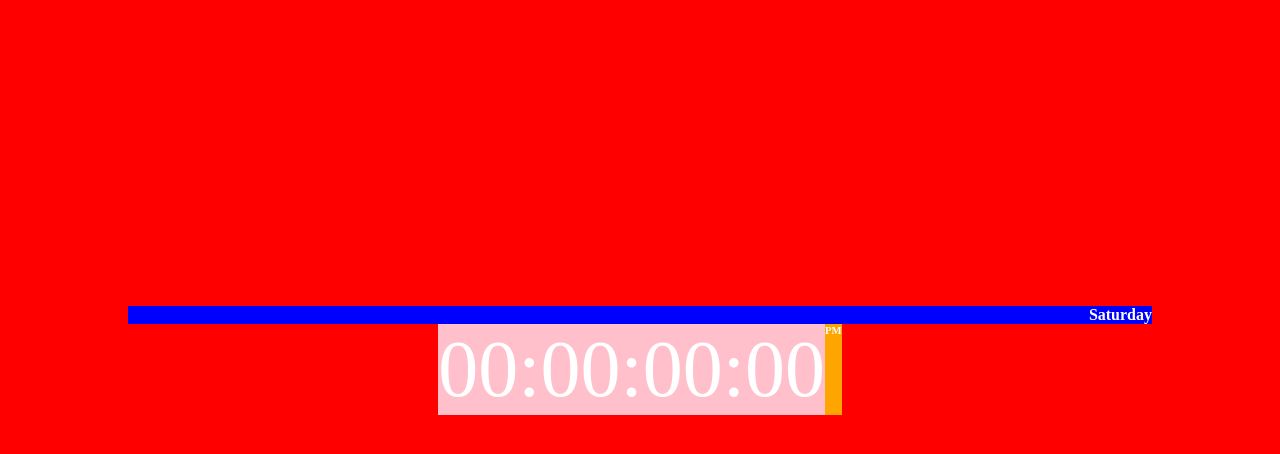
Repository: EguJaredoBoyd/Jared-Digital-Clock
Page: index.html
The author's editor kept a copy of each file at every save. The page is drawn from the files as they stood at one save, then again after the next save.
The browser window is 1280 px wide. The pictures show the whole page.

Above is the page before, as saved 2026-01-03 23:08:54.

### index.html
<!DOCTYPE html>
<html lang="en">
  <head>
    <meta charset="UTF-8" />
    <meta name="viewport" content="width=device-width, initial-scale=1.0" />
    <title>Document</title>
    <link rel="stylesheet" href="./css/styles.css" />
  </head>
  <body>
    <div class="watch-container">
      <div class="watch-container__day">
        <h4>Saturday</h4>
      </div>
      <div class="watch-container__time">
        <p>00:00:00:00</p>
        <h6>PM</h6>
      </div>
    </div>
  </body>
</html>

### css/styles.css
* {
  margin: 0;
  padding: 0;
}

body {
  background-color: black;
  color: white;
}

.watch-container {
  background-color: red;
  display: flex;
  flex-direction: column;
  justify-content: center;
  align-items: center;
  height: 100vh;
  width: 100vw;
}

.watch-container__day {
  background-color: blue;
  width: 80vw;
  display: flex;
  justify-content: end;
}

.watch-container__time {
  background-color: pink;
  display: flex;
}

.watch-container__time p {
  font-size: 5rem;
}

.watch-container__time h6 {
  background-color: orange;
  justify-self: last baseline;
}

After the next save:
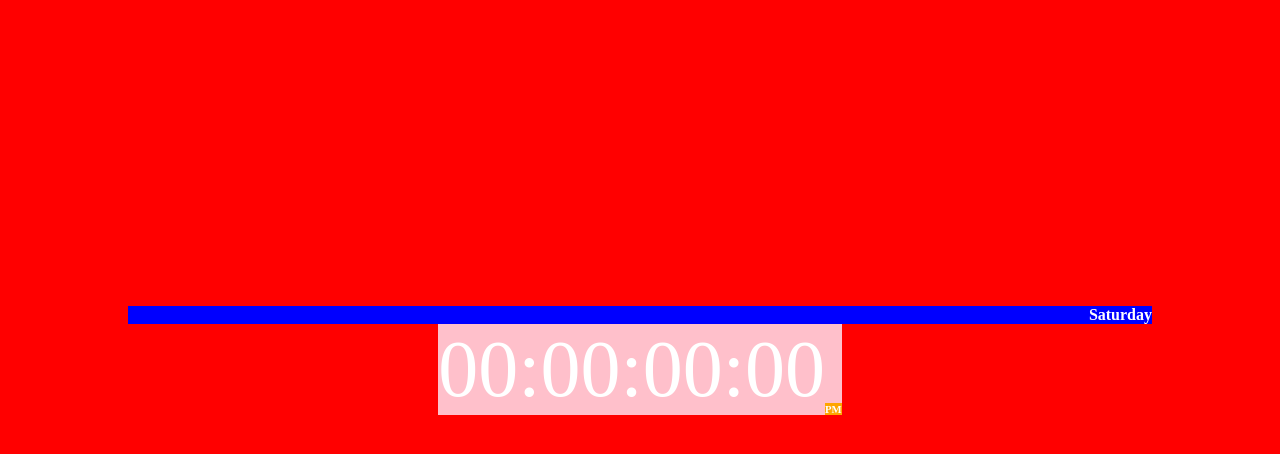
Saved 24 s later.
--- a/css/styles.css
+++ b/css/styles.css
@@ -36,5 +36,5 @@ body {
 
 .watch-container__time h6 {
   background-color: orange;
-  justify-self: last baseline;
+  align-self: self-end;
 }
